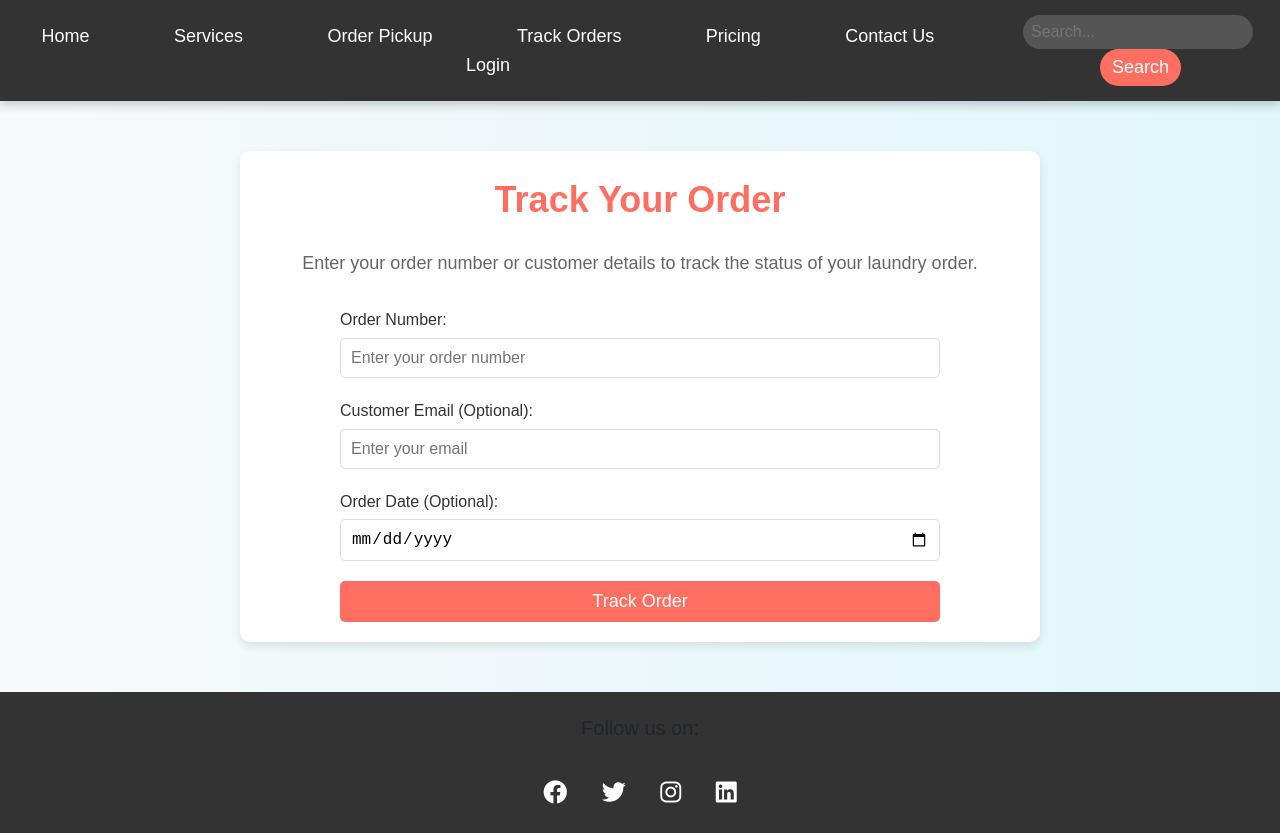
Repository: wmrmweerakoon/Online-Laundry-Management-System
Page: http://localhost/LaundryManagementSystem/OrderTrackingPage.jsp
An editor plug-in stored every save of this project. The page is shown before and after the next save, followed by the edit.
The browser window is 1280 px wide. The pictures show the whole page.
The page is served by Tomcat 9.

Above is the page before, as saved 2024-10-11 19:32:16.

After the next save:
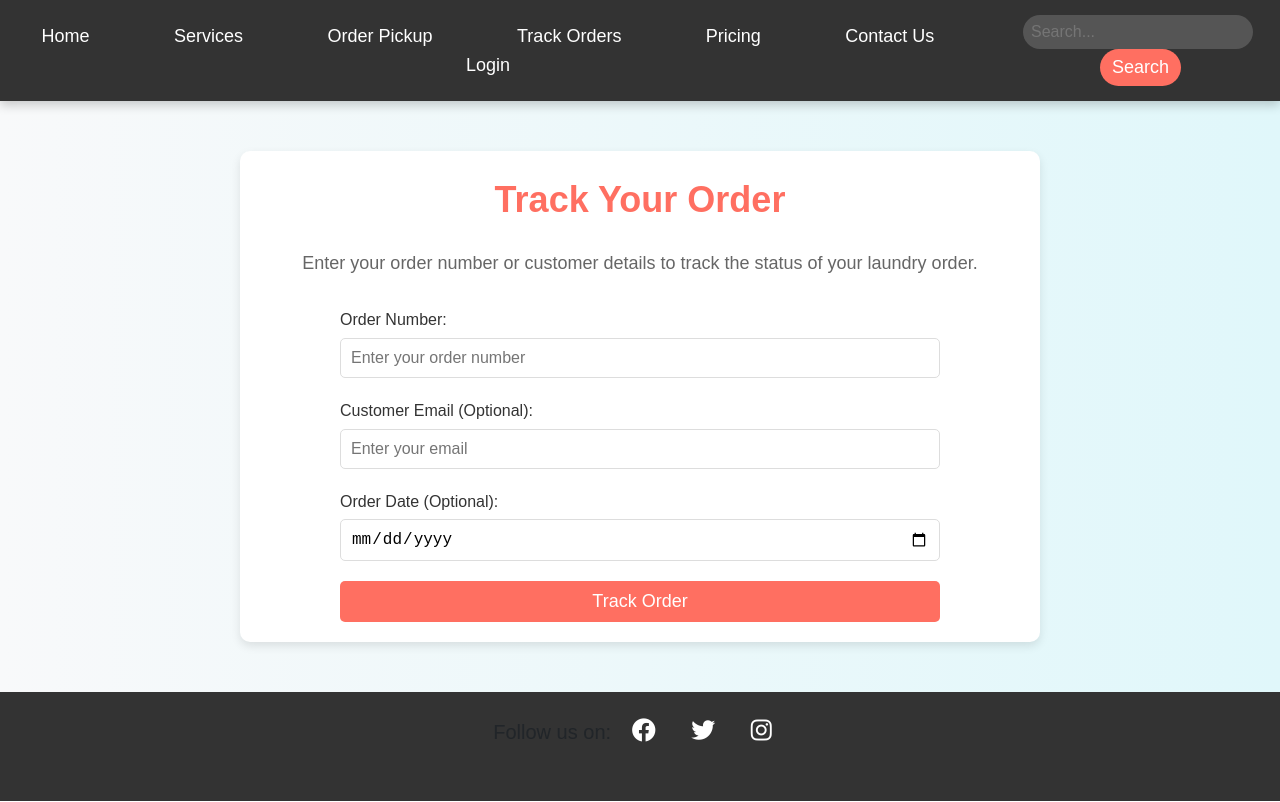
Saved 11 min 35 s later.
--- a/Projects/LaundryManagementSystem/src/main/webapp/OrderTrackingPage.jsp
+++ b/Projects/LaundryManagementSystem/src/main/webapp/OrderTrackingPage.jsp
@@ -217,6 +217,15 @@
 
         footer a:hover {
             color: var(--primary-color);
+        }
+
+        /* Order Status Section */
+        .order-status {
+            margin-top: 20px;
+            padding: 10px;
+            background-color: #f0f0f0; /* Light grey */
+            border-radius: 5px;
+            display: none; /* Initially hidden */
         }
     </style>
 </head>
@@ -262,39 +271,42 @@
             <button type="submit">Track Order</button>
         </form>
 
-        <!-- Order Status Information -->
+        <!-- Order Status Section -->
         <div class="order-status" id="order-status">
-            <!-- This will be populated dynamically -->
+            <h2>Order Status</h2>
+            <p><strong>Order ID:</strong> <span id="order-id"></span></p>
+            <p><strong>Email:</strong> <span id="order-email"></span></p>
+            <p><strong>Status:</strong> <span id="order-status-text"></span></p>
         </div>
     </section>
 
-    <!-- Social Media Footer -->
-    <footer class="social-media">
-        <p>Follow us on:</p>
-        <a href="#"><i class="fab fa-facebook"></i></a>
-        <a href="#"><i class="fab fa-twitter"></i></a>
-        <a href="#"><i class="fab fa-instagram"></i></a>
-        <a href="#"><i class="fab fa-linkedin"></i></a>
+    <footer>
+        <p>Follow us on:
+            <a href="#"><i class="fab fa-facebook"></i></a>
+            <a href="#"><i class="fab fa-twitter"></i></a>
+            <a href="#"><i class="fab fa-instagram"></i></a>
+        </p>
     </footer>
 
     <script>
         function validateForm() {
             const orderNumber = document.getElementById('order-number').value;
             const errorMessage = document.getElementById('error-message');
-            errorMessage.textContent = '';
-
-            // Simple validation for order number
-            if (!/^[0-9]+$/.test(orderNumber)) {
-                errorMessage.textContent = 'Please enter a valid order number.';
-                return false; // Prevent form submission
+            if (orderNumber.trim() === '') {
+                errorMessage.textContent = 'Order number is required.';
+                return false;
+            } else {
+                errorMessage.textContent = '';
             }
             return true; // Allow form submission
         }
 
-        function performSearch() {
-            const searchValue = document.getElementById('search').value;
-            // Implement search functionality here
-            alert(`Searching for: ${searchValue}`);
+        // Function to display order status
+        function displayOrderStatus(orderId, email, status) {
+            document.getElementById('order-id').textContent = orderId;
+            document.getElementById('order-email').textContent = email;
+            document.getElementById('order-status-text').textContent = status;
+            document.getElementById('order-status').style.display = 'block'; // Show status section
         }
     </script>
 </body>

After the save that followed:
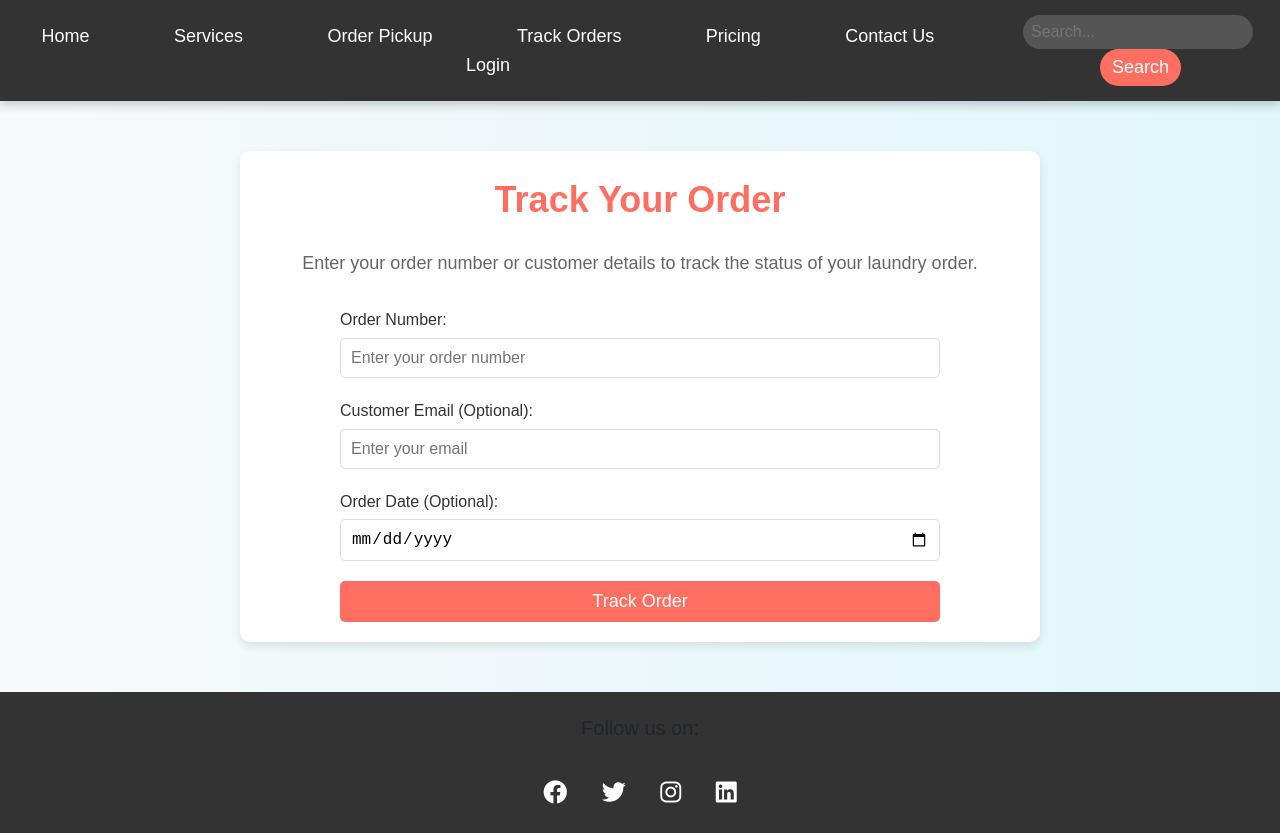
Saved 8 min 23 s later.
--- a/Projects/LaundryManagementSystem/src/main/webapp/OrderTrackingPage.jsp
+++ b/Projects/LaundryManagementSystem/src/main/webapp/OrderTrackingPage.jsp
@@ -217,15 +217,6 @@
 
         footer a:hover {
             color: var(--primary-color);
-        }
-
-        /* Order Status Section */
-        .order-status {
-            margin-top: 20px;
-            padding: 10px;
-            background-color: #f0f0f0; /* Light grey */
-            border-radius: 5px;
-            display: none; /* Initially hidden */
         }
     </style>
 </head>
@@ -271,42 +262,39 @@
             <button type="submit">Track Order</button>
         </form>
 
-        <!-- Order Status Section -->
+        <!-- Order Status Information -->
         <div class="order-status" id="order-status">
-            <h2>Order Status</h2>
-            <p><strong>Order ID:</strong> <span id="order-id"></span></p>
-            <p><strong>Email:</strong> <span id="order-email"></span></p>
-            <p><strong>Status:</strong> <span id="order-status-text"></span></p>
+            <!-- This will be populated dynamically -->
         </div>
     </section>
 
-    <footer>
-        <p>Follow us on:
-            <a href="#"><i class="fab fa-facebook"></i></a>
-            <a href="#"><i class="fab fa-twitter"></i></a>
-            <a href="#"><i class="fab fa-instagram"></i></a>
-        </p>
+    <!-- Social Media Footer -->
+    <footer class="social-media">
+        <p>Follow us on:</p>
+        <a href="#"><i class="fab fa-facebook"></i></a>
+        <a href="#"><i class="fab fa-twitter"></i></a>
+        <a href="#"><i class="fab fa-instagram"></i></a>
+        <a href="#"><i class="fab fa-linkedin"></i></a>
     </footer>
 
     <script>
         function validateForm() {
             const orderNumber = document.getElementById('order-number').value;
             const errorMessage = document.getElementById('error-message');
-            if (orderNumber.trim() === '') {
-                errorMessage.textContent = 'Order number is required.';
-                return false;
-            } else {
-                errorMessage.textContent = '';
+            errorMessage.textContent = '';
+
+            // Simple validation for order number
+            if (!/^[0-9]+$/.test(orderNumber)) {
+                errorMessage.textContent = 'Please enter a valid order number.';
+                return false; // Prevent form submission
             }
             return true; // Allow form submission
         }
 
-        // Function to display order status
-        function displayOrderStatus(orderId, email, status) {
-            document.getElementById('order-id').textContent = orderId;
-            document.getElementById('order-email').textContent = email;
-            document.getElementById('order-status-text').textContent = status;
-            document.getElementById('order-status').style.display = 'block'; // Show status section
+        function performSearch() {
+            const searchValue = document.getElementById('search').value;
+            // Implement search functionality here
+            alert(`Searching for: ${searchValue}`);
         }
     </script>
 </body>
